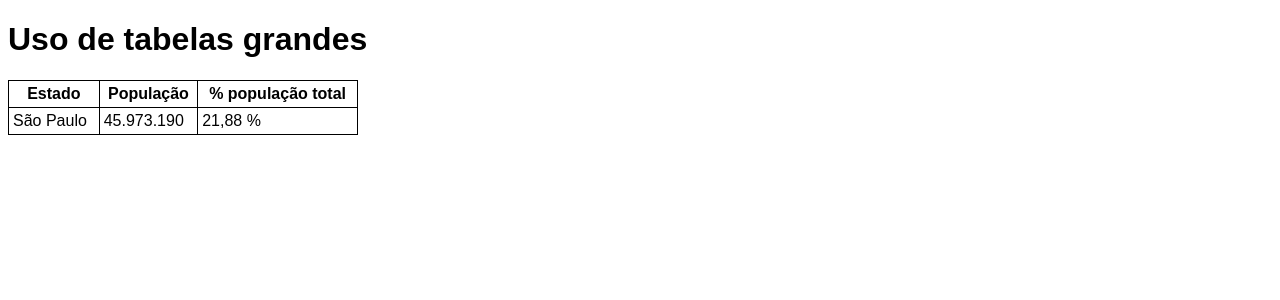
Repository: railsondev/html-css
Page: Módulo3/Exercicios/Ex02 - Tabelas/tabela002.html
These files come from the project's save history. The page is drawn as it stood at one moment and after the next save; the edit follows.
The browser window is 1280 px wide. The pictures show the whole page.

Above is the page before, as saved 2024-10-18 18:05:41.

### Módulo3/Exercicios/Ex02 - Tabelas/tabela002.html
<!DOCTYPE html>
<html lang="pt-br">
<head>
  <meta charset="UTF-8">
  <meta name="viewport" content="width=device-width, initial-scale=1.0">
  <title>Tabelas grandes</title>
  <link rel="stylesheet" href="src/css/estilo01.css">
</head>
<body>
  <h1>Uso de tabelas grandes</h1>
  <table>
    <thead>
      <tr>
        <th>Estado</th>
        <th>População</th>
        <th>% população total</th>
      </tr>
    </thead>
    <tbody>
      <td>São Paulo</td>
      <td>45.973.190</td>
      <td class="porc">21,88</td>
    </tbody>
    <tfoot>

    </tfoot>
  </table>
</body>
</html>

### Módulo3/Exercicios/Ex02 - Tabelas/src/css/estilo01.css
@charset 'UTF-8';

body {
  font-family: Arial, Helvetica, sans-serif;
}
.porc::after {
  content: ' %';
}

table {
  width: 350px;
  border-collapse: collapse;
}
td, th {
  border: 1px solid black;
  padding: 4px;
}

After the next save:
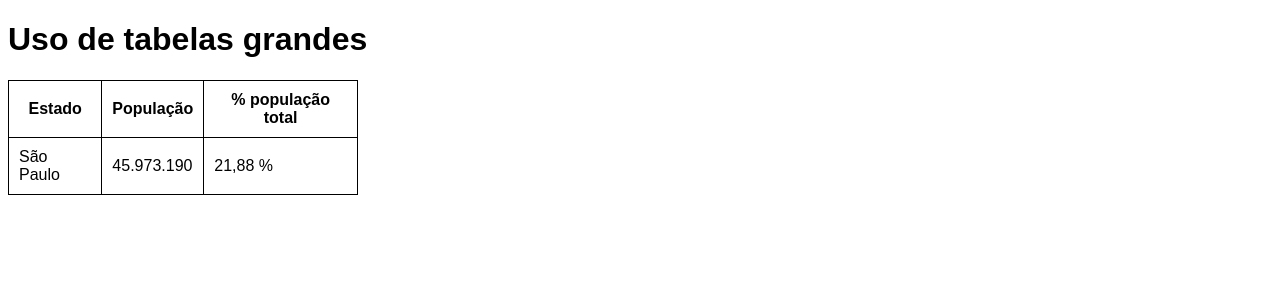
Saved 18 s later.
--- a/Módulo3/Exercicios/Ex02 - Tabelas/src/css/estilo01.css
+++ b/Módulo3/Exercicios/Ex02 - Tabelas/src/css/estilo01.css
@@ -13,5 +13,5 @@ table {
 }
 td, th {
   border: 1px solid black;
-  padding: 4px;
+  padding: 10px;
 }
